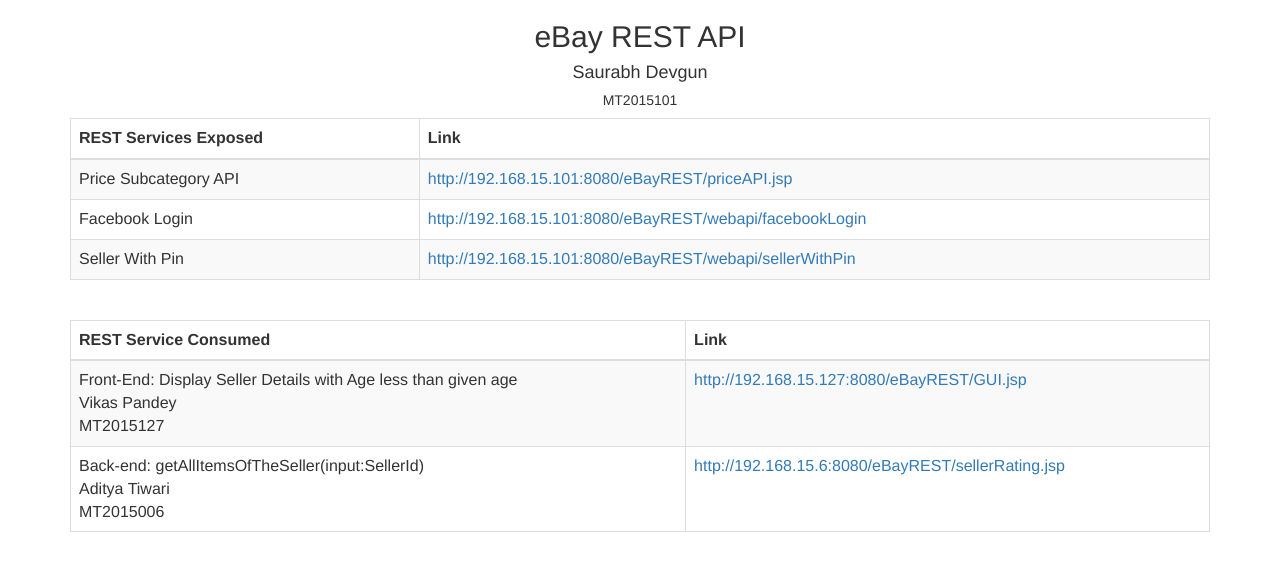
Repository: saurabh-devgun-iiitb/RESTProject
Page: http://localhost/eBayREST/
The author's editor kept a copy of each file at every save. The page is drawn from the files as they stood at one save, then again after the next save.
The browser window is 1280 px wide. The pictures show the whole page.
The page is served by Tomcat 9. Other server files are loaded and not shown.

Above is the page before, as saved 2016-07-23 05:30:08.

### eBayREST/WebContent/index.jsp
<html>
<head>
  <meta name="viewport" content="width=device-width, initial-scale=1">
  <link rel="stylesheet" href="http://maxcdn.bootstrapcdn.com/bootstrap/3.3.6/css/bootstrap.min.css">
  <script src="https://ajax.googleapis.com/ajax/libs/jquery/1.12.4/jquery.min.js"></script>
  <script src="http://maxcdn.bootstrapcdn.com/bootstrap/3.3.6/js/bootstrap.min.js"></script>
</head>
<body>
	<div align="center">
	    <h2>eBay REST API</h2>
	    <h4>Saurabh Devgun</h4>
	    <h5>MT2015101</h5>
    </div>
    <div class = "container">
    <table class="table table-hover table-striped table-bordered">
      <thead>
        <tr>
          <th>REST Services Exposed</th>
          <th>Link</th>
        </tr>
      </thead>
      <tbody>
        <tr>
          <td>Price Subcategory API</td>
          <td><a href="priceAPI.jsp">http://192.168.15.101:8080/eBayREST/priceAPI.jsp</a></td>
        </tr>
        <tr>
          <td>Facebook Login</td>
          <td><a href="loginThroughFacebook.jsp">http://192.168.15.101:8080/eBayREST/webapi/facebookLogin</a></td>
        </tr>
        <tr>
          <td>Seller With Pin</td>
          <td><a href="sellerWithPin.jsp">http://192.168.15.101:8080/eBayREST/webapi/sellerWithPin</a></td>
        </tr>
      </tbody>
    </table>
    </div>
    <br>
    <div class="container">
    	<table class="table table-hover table-striped table-bordered">
      <thead>
        <tr>
          <th>REST Service Consumed</th>
          <th>Link</th>
        </tr>
      </thead>
      <tbody>
        <tr>
          <td>Front-End: Display Seller Details with Age less than given age<br>Vikas Pandey<br>MT2015127</td>
          <td><a href="http://192.168.15.127:8080/eBayREST/GUI.jsp">http://192.168.15.127:8080/eBayREST/GUI.jsp</a></td>
        </tr>
        <tr>
          <td>Back-end: getAllItemsOfTheSeller(input:SellerId)<br>Aditya Tiwari<br>MT2015006</td>
          <td><a href="http://192.168.15.6:8080/eBayREST/sellerRating.jsp">http://192.168.15.6:8080/eBayREST/sellerRating.jsp</a></td>
        </tr>
      </tbody>
    </table>
    </div>
    <!--
    <p><a href="priceAPI.jsp">Price API</a></p>
    <p><a href="loginThroughFacebook.jsp">Login through Facebook</a></p>
    <p><a href="sellerWithPin.jsp">Get Sellers In City with pin</a></p>
    -->
</body>
</html>

After the next save:
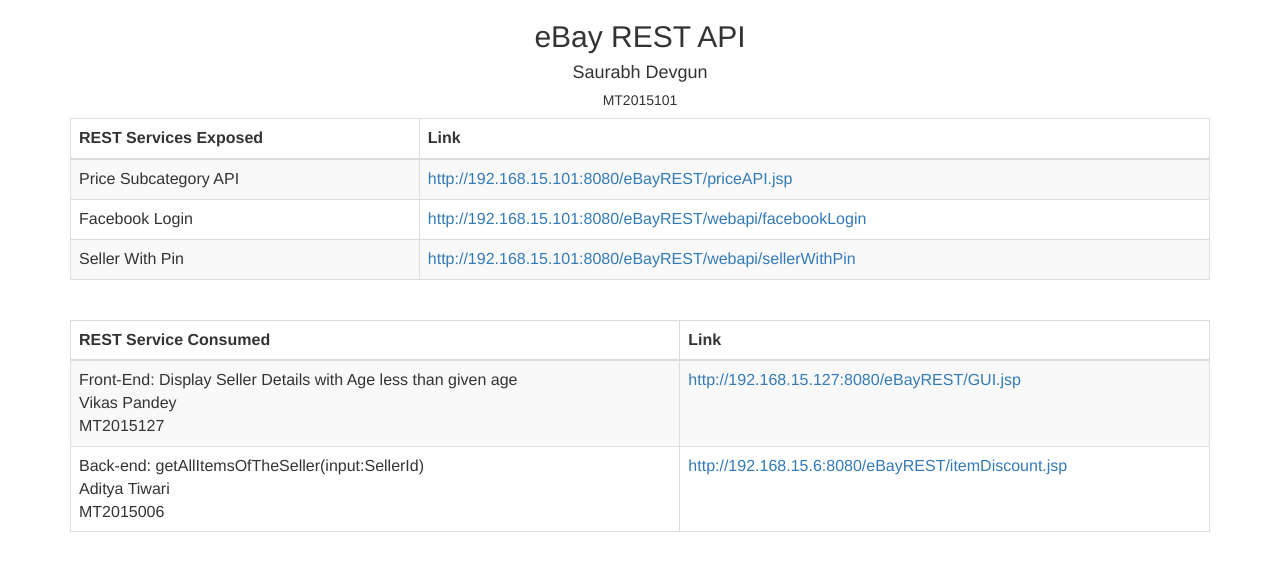
Saved 112 s later.
--- a/eBayREST/WebContent/index.jsp
+++ b/eBayREST/WebContent/index.jsp
@@ -51,7 +51,7 @@
         </tr>
         <tr>
           <td>Back-end: getAllItemsOfTheSeller(input:SellerId)<br>Aditya Tiwari<br>MT2015006</td>
-          <td><a href="http://192.168.15.6:8080/eBayREST/sellerRating.jsp">http://192.168.15.6:8080/eBayREST/sellerRating.jsp</a></td>
+          <td><a href="http://192.168.15.6:8080/eBayREST/itemDiscount.jsp">http://192.168.15.6:8080/eBayREST/itemDiscount.jsp</a></td>
         </tr>
       </tbody>
     </table>
